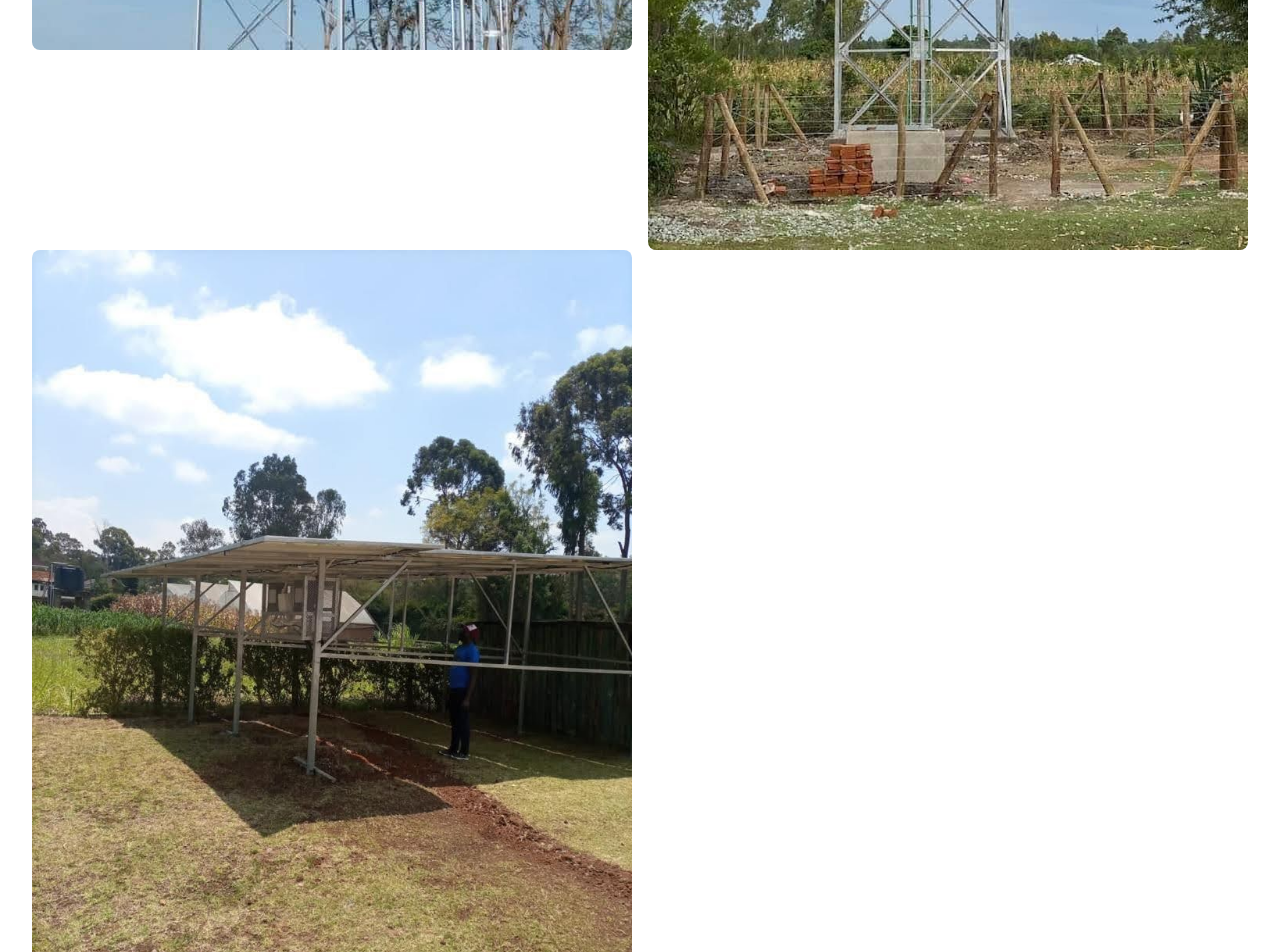
Repository: peterclermy232/LAZCOM
Page: index.html
The author's editor kept a copy of each file at every save. The page is drawn from the files as they stood at one save, then again after the next save.
The browser window is 1280 px wide. The pictures show the part of the page from y = 4573 to 5525 px (the page is 8484 px tall before and 8134 px after).
A picture or video elsewhere on the page could not be fetched, so the positions and the page height are approximate.

Above is the page before, as saved 2022-06-23 08:40:31.

After the next save:
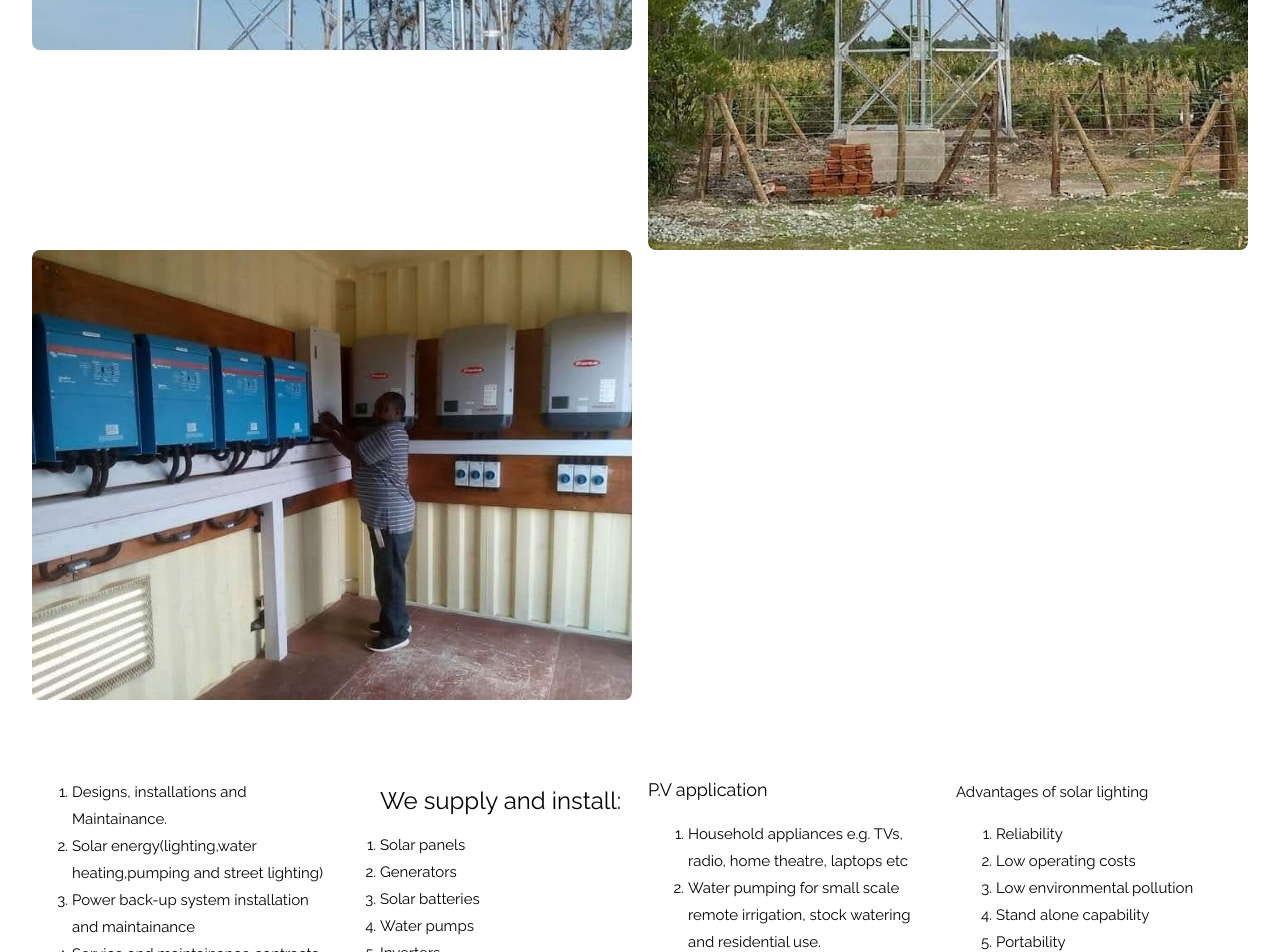
Saved 37 s later.
--- a/index.html
+++ b/index.html
@@ -194,7 +194,7 @@ body, html {
       <img class="w3-image w3-round-large" src="images/tank.jpeg" alt="Buildings" width="700" height="394">
     </div>
     <div class="w3-col m6">
-      <img class="w3-image w3-round-large" src="images/person2.jpeg" alt="Buildings" width="700" height="394">
+      <img class="w3-image w3-round-large" src="images/person1.jpeg" alt="Buildings" width="700" height="394">
     </div>
 
   </div>
